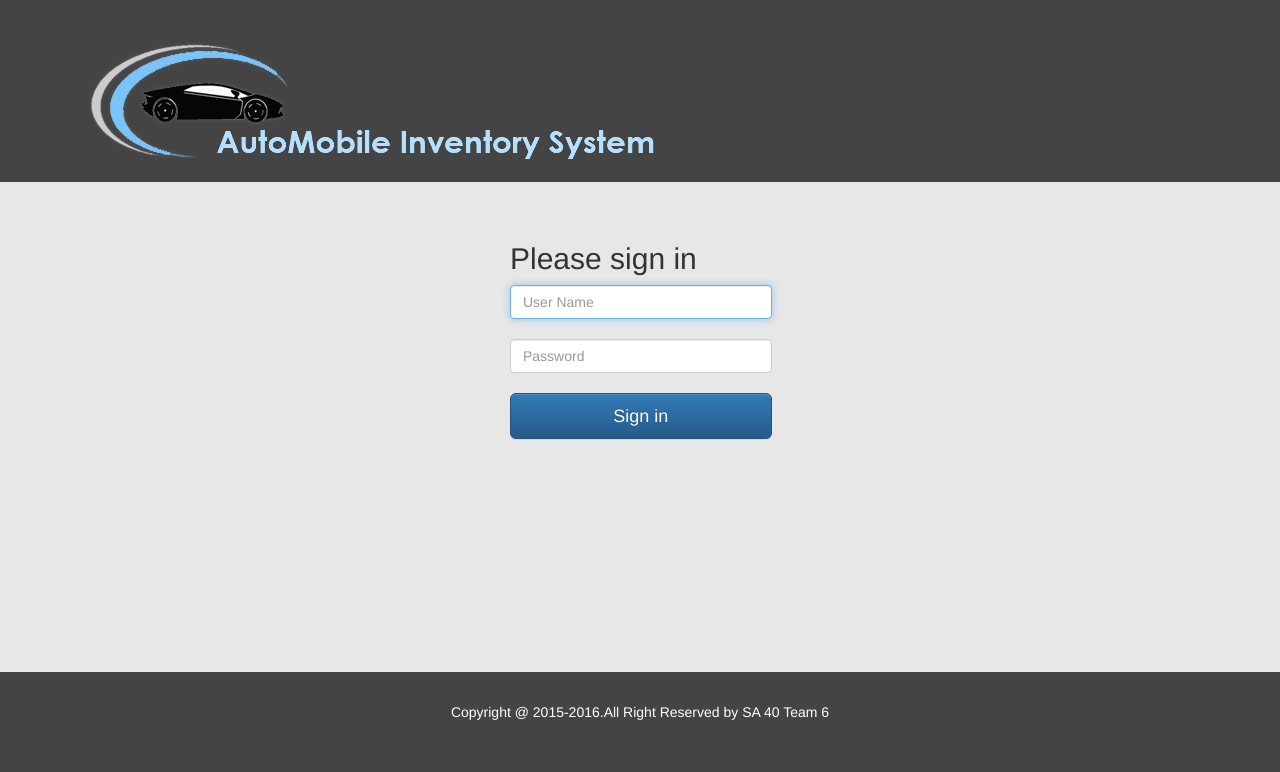
Repository: JiorMajor/InventorySystemWorkspace
Page: http://localhost/InventoryWebSA40Team6/ShowLogin
These files come from the project's save history. The page is drawn as it stood at one moment and after the next save; the edit follows.
The browser window is 1280 px wide. The pictures show the whole page.
The page is served by Tomcat 9. Other server files are loaded and not shown.

Above is the page before, as saved 2015-06-12 17:46:26.

### InventoryWebSA40Team6/WebContent/WEB-INF/decorators.xml
<?xml version="1.0" encoding="UTF-8"?>
<decorators defaultdir="/decorators">
    <decorator name="basic-theme" page="master-theme.jsp">
        <pattern>/pages/*</pattern>
    </decorator>
</decorators>

### InventoryWebSA40Team6/WebContent/index.jsp
<?xml version="1.0" encoding="UTF-8" ?>
<%@ taglib uri="http://www.opensymphony.com/sitemesh/decorator"
	prefix="decorator"%>
<%@ taglib prefix="c" uri="http://java.sun.com/jsp/jstl/core"%>
<html xmlns="http://www.w3.org/1999/xhtml">
<head>

<meta charset="utf-8">
<meta http-equiv="X-UA-Compatible" content="IE=edge">
<meta name="viewport" content="width=device-width, initial-scale=1">
<title>SitemeshDemo</title>
<!-- Bootstrap -->
<link href="bootstrap/css/bootstrap.min.css" type="text/css" rel="stylesheet" />
<link href="bootstrap/css/bootstrap-theme.min.css" type="text/css" rel="stylesheet" />
<link href="bootstrap/css/style.css" type="text/css" rel="stylesheet" />
<script type="text/javascript" src="bootstrap/js/jquery-1.11.3.min.js"></script>
<script type="text/javascript" src="bootstrap/js/bootstrap.min.js"></script>
<script type="text/javascript" src="bootstrap/js/modal.js"></script>
</head>
<body>
	<div class="header">
		<div class="container">
			<div class="row ">
				<div class="col-lg-12">
					<a href="#"><img src='images/3.png'></a>
				</div>
			</div>
		</div>
	</div><!-- End header -->

	<div class="container" style="height:490px">
	<div class="row">
	<div class="col-md-12 col-sm-12 col-xs-12" >
	<br><br>
	</div>
	</div>
	  <div class="row">
	  <div class="container">
	  <div class="col-md-4 col-sm-4 col-xs-4"></div>
	  <div class="col-md-4 col-sm-4 col-xs-4">
	  <div class="col-md-1"></div>
	  <div class="jumbotran">
	  <div class="col-md-10">
      <form class="form-signin" action="/InventoryWebSA40Team6/ValidateLogin" method=post>
        <h2 class="form-signin-heading">Please sign in</h2>
		<c:if test="${flag==\"false\"}">
			<h3 style="color:red">Login unsuccessful!</h3>
		</c:if>
        <label for="inputEmail" class="sr-only">Email address</label>
        <input type="text" id="inputEmail" class="form-control" placeholder="User Name" name="name" required autofocus>
        <br>
        <label for="inputPassword" class="sr-only">Password</label>
        <input type="password" id="inputPassword" class="form-control" placeholder="Password" name="password" required>
        <br>
        <button class="btn btn-lg btn-primary btn-block" type="submit">Sign in</button>
        <br><br>
      </form>
      </div>
      </div>
      <div class="col-md-1"></div>

      <div class="col-md-4"></div>
      </div>
      </div>
      </div>
    </div> <!-- /container -->

		<div class="footer">
	<div class="container">
			<div class="row">
				<div class="col-lg-12">
					<center><p>Copyright @ 2015-2016.All Right Reserved by SA 40 Team 6</p></center>
				</div>
			</div>
		</div>

	</div>
</body>
</html>

### InventoryWebSA40Team6/src/controller/ShowLogin.java
package controller;

import java.io.IOException;

import javax.servlet.RequestDispatcher;
import javax.servlet.ServletException;
import javax.servlet.annotation.WebServlet;
import javax.servlet.http.HttpServlet;
import javax.servlet.http.HttpServletRequest;
import javax.servlet.http.HttpServletResponse;

/**
 * Servlet implementation class ShowLogin
 */
@WebServlet("/ShowLogin")
public class ShowLogin extends HttpServlet {
	private static final long serialVersionUID = 1L;

    /**
     * @see HttpServlet#HttpServlet()
     */
    public ShowLogin() {
        super();
        // TODO Auto-generated constructor stub
    }

	/**
	 * @see HttpServlet#doGet(HttpServletRequest request, HttpServletResponse response)
	 */
	protected void doGet(HttpServletRequest request, HttpServletResponse response) throws ServletException, IOException {
		// TODO Auto-generated method stub
		RequestDispatcher rd = request.getRequestDispatcher("/index.jsp");
		rd.forward(request, response);
	}

	/**
	 * @see HttpServlet#doPost(HttpServletRequest request, HttpServletResponse response)
	 */
	protected void doPost(HttpServletRequest request, HttpServletResponse response) throws ServletException, IOException {
		// TODO Auto-generated method stub
	}

}

### InventoryWebSA40Team6/WebContent/bootstrap/css/style.css
@CHARSET "UTF-8";
*{
	margin:0 auto;
	padding:0 auto;
}
body{
	background:#e7e7e7;
}

.header{
	padding:30px 0 ;
	border:1px solid #ccc;
    padding: 10px 0;
    width: 100%;
    background:#444;
    border:0;
    margin:0;

}
.header img{border:0;}
.menu{
	background: #ccc;
	box-shadow:2px -1px 13px #333;

}
.footer{
	background:#444;
	padding:30px 0;
	width:100%;
	height:100px;
}
p{
	color:#fff;
}
img{
	border:1px solid #ccc;
}
.main{
	padding-top:30px;
	padding-bottom:30px;
}
.main p{
	color:#333;
}
.navbar-default{
	color:none;
	border:none;
	box-shadow:none;
}
.navbar{margin-bottom:0;}
.navbar-header{
	background:none;
	color:#fff;
}
a.navbar-brand{
	color:none;
	padding-left:0;
	padding-right: 70px;
}
.navbar-default{
	background:none;
	padding:0;
}
.navbar-default .navbar-brand{color:#444;}

h1{padding-bottom:30px;}*/

select{
	width:100%;
	padding-top:10px;
	padding-bottom:4px;

}
/*
table{
	width:100%;

}

table tr td{
	border:1px solid #ccc;
	padding:5px;
	text-algin:center;

}
table form input{
	width:50%;
}
table tr td input{
	margin:5px;

}

table tr.title{
	font-weight: bold;
	font-size:16px;

}*/

.button{
	margin-top:20px;
	float:right;
}
hr{border-color:rgb(204,204,204);}

.imp{
	color:red;
	font-weight: bold;
	font-size:16px;
}
h4.success{
	color:green;
	background:#f0f0f0;
	border:1px solid #ccc;
	padding:10px;
	margin:0 0 35px;
}

.navbar-default .navbar-nav > li > a{
	color: #333;
    font-size: 15px;

}

.navbar-default .navbar-nav > li > a:focus, .navbar-default .navbar-nav > li > a:hover{
	background: rgb(231,231,231);
}
.dropdown-menu{
	padding-top:0;

}
.dropdown-menu .divider{
	margin:0 0;
	border-bottom: 1px dashed;
	background-color: #ccc;
    height: 0;
}
.dropdown-menu > li > a{
	padding-top:10px;
	padding-bottom:10px;
	color:#ccc;
}
.dropdown-menu{
	background-color: #595959;
	opacity:0.4%;
}
.alert-danger{
	float:left;
	margin-bottom:20px;
	width:100%;
}

.cus{
	margin:20px 0;
}
.navbar-nav .open .dropdown-menu{
	background-color: #ccc;
}
#bs-example-navbar-collapse-1 > ul> li>ul .navbar-nav .open .dropdown-menu {
	background: #ccc;
}

#bs-example-navbar-collapse-1 > ul > li > ul.dropdown-menu{
	background-color:#595959;
	opacity:0.4%;
}
#bs-example-navbar-collapse-1 > ul > li > ul > li> a{
	color:#ccc;
}
#bs-example-navbar-collapse-1 > ul > li > ul > li> a:hover{
	background: rgb(231,231,231);
	color:#333;
}

### InventoryWebSA40Team6/WebContent/bootstrap/js/modal.js
/**
 *
 */
$('#myModal').on('shown.bs.modal', function () {
  $('#myInput').focus()
})

Loaded but not shown: InventoryWebSA40Team6/WebContent/bootstrap/css/bootstrap.min.css (library); InventoryWebSA40Team6/WebContent/bootstrap/css/bootstrap-theme.min.css (library); InventoryWebSA40Team6/WebContent/bootstrap/js/jquery-1.11.3.min.js (library); InventoryWebSA40Team6/WebContent/bootstrap/js/bootstrap.min.js (library)

After the next save:
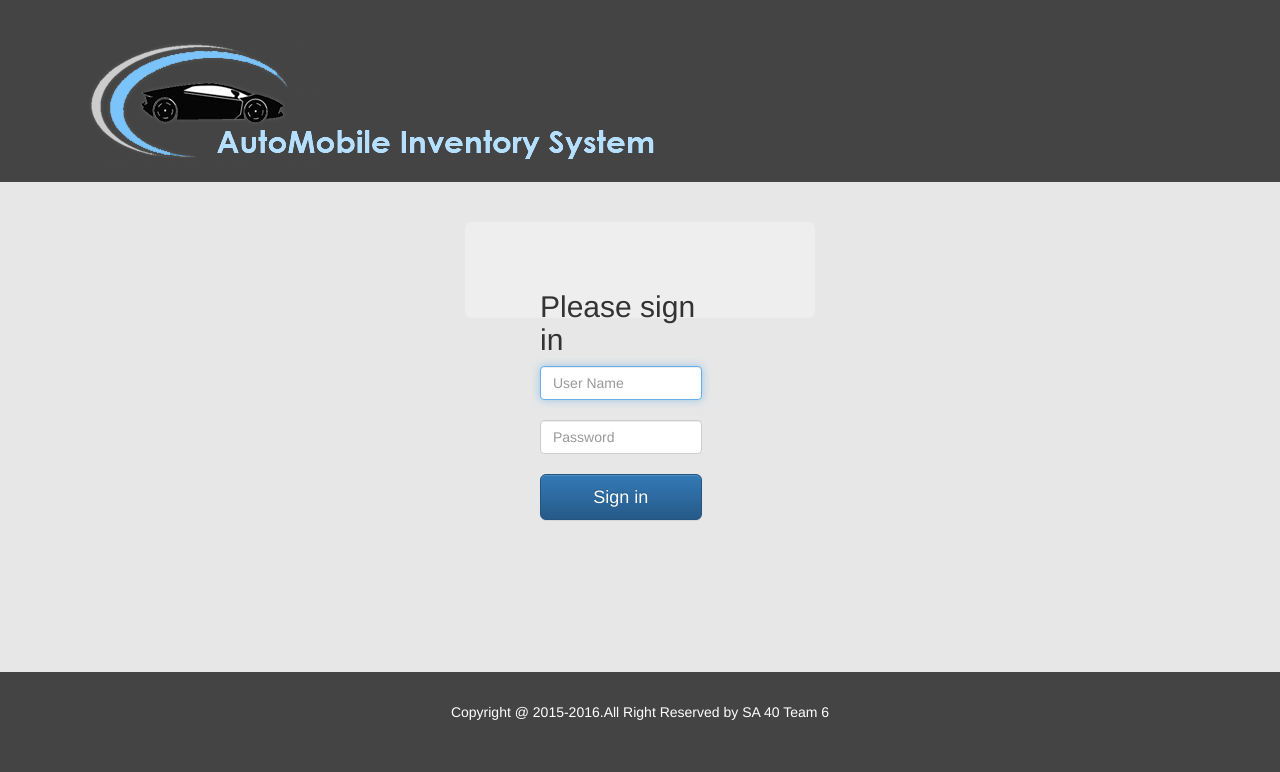
Saved 6 s later.
--- a/InventoryWebSA40Team6/WebContent/index.jsp
+++ b/InventoryWebSA40Team6/WebContent/index.jsp
@@ -39,7 +39,7 @@
 	  <div class="col-md-4 col-sm-4 col-xs-4"></div>
 	  <div class="col-md-4 col-sm-4 col-xs-4">
 	  <div class="col-md-1"></div>
-	  <div class="jumbotran">
+	  <div class="jumbotron">
 	  <div class="col-md-10">
       <form class="form-signin" action="/InventoryWebSA40Team6/ValidateLogin" method=post>
         <h2 class="form-signin-heading">Please sign in</h2>
